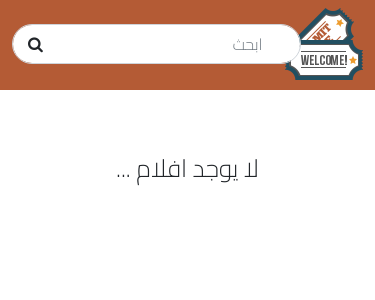
Repository: amralhawi123/Movies
Page: /
An editor plug-in stored every save of this project. The page is shown before and after a run of saves, followed by the edit.
The browser window is 375 px wide. The pictures show the whole page.
The page's requests for data from a server got no answer. The project was rebuilt for these pictures with package versions that can differ from the ones it lists, and the page was loaded fresh each time. No one was signed in, and anything a server would have sent is missing. Also part of the build but not shown: src/Components/CardMovie.js, src/Components/Pagination.js, src/Components/MovisDetails.js.

Above is the page before, as saved 2023-04-11 14:53:42.

After the next 5 saves:
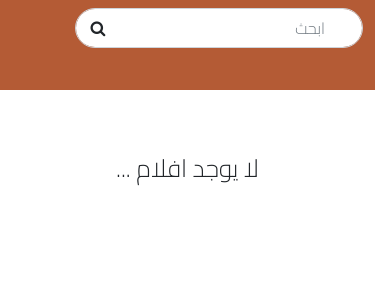
The 5 saves are shown as one change because they came seconds apart.
The last was saved 12 s later.
--- a/src/index.css
+++ b/src/index.css
@@ -133,5 +133,7 @@ body {
 
 
 @media (max-width:500px) {
-  .v
+  .remov{
+    display: none;
+  }
 }
